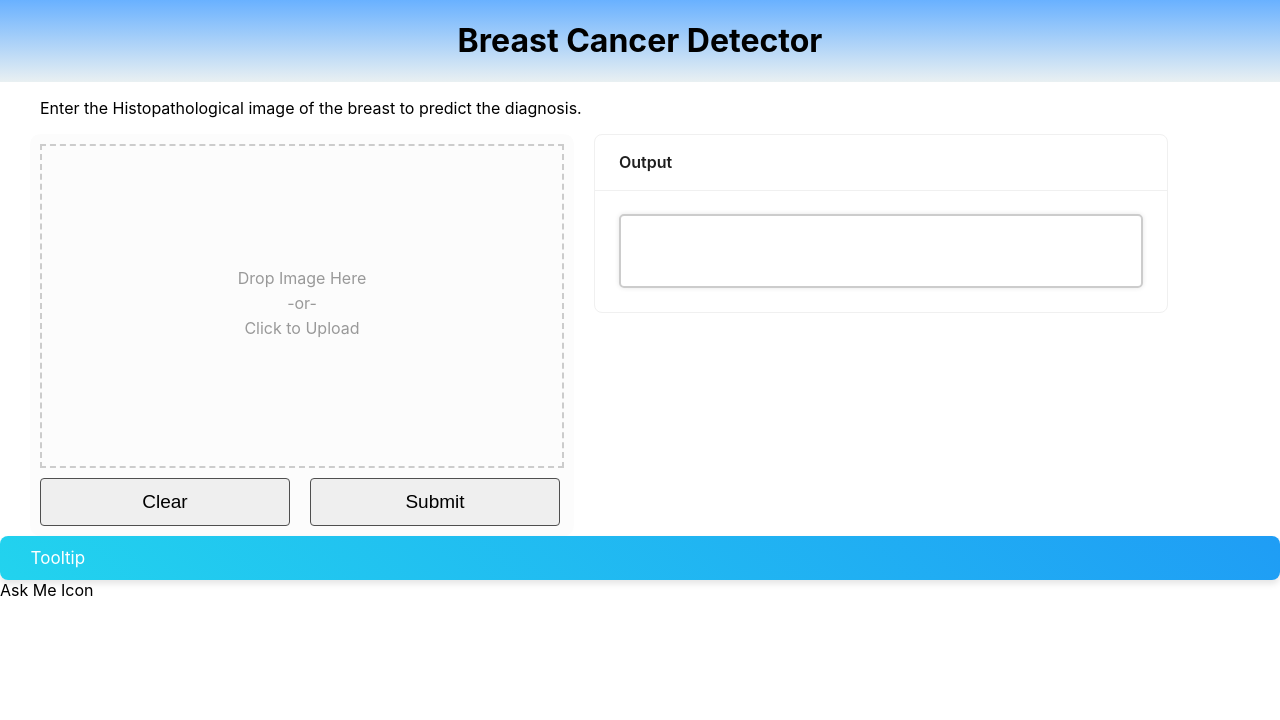
Repository: xshamrose/RAYi-AI
Page: /BreastCancerDetector-app (app in client/)
An editor plug-in stored every save of this project. The page is shown before and after the next save, followed by the edit.
The browser window is 1280 px wide. The pictures show the whole page.
The project was rebuilt for these pictures with package versions that can differ from the ones it lists, and the page was loaded fresh each time. Also part of the build but not shown: client/src/App.css, client/src/pages/Home.js, client/src/pages/home.css.

Above is the page before, as saved 2024-03-09 13:08:19.

### client/src/App.js
import "./App.css";
import React from "react";
import Candetect from "./pages/Candetect";
import Home from "./pages/Home";
import "./pages/home.css";
import { BrowserRouter as Router, Routes, Route } from "react-router-dom";

function App() {
  return (
    <div className="App">
      <Router>
        <Routes>
          <Route exact path="/" element={<Home />} />
          <Route path="/BreastCancerDetector-app" element={<Candetect />} />

          {/*  Future Use for Pipe Counting Detection
          <Route
            path="/Pipe"
            element={<Candetect title={headerTitle} content={content} />}
          /> */}
        </Routes>
      </Router>
    </div>
  );
}

export default App;

### client/src/pages/Candetect.js
import React, { useState } from "react";
import "../pages/Candetect.css";
import { Card } from "antd";
import deleteicon from "../assets/delete-.svg";
import axios from "axios";

function Candetect() {
  const [imageFile, setImageFile] = useState(null);
  const [errorMessage, setErrorMessage] = useState("");
  const [loading, setLoading] = useState(false);
  const [responseData, setResponseData] = useState("");

  const handleFileInputChange = (event) => {
    const file = event.target.files[0];
    if (file) {
      setImageFile(file);
    }
  };

  const handleClearImage = () => {
    setImageFile(null);
    //reset the file input
    const fileInput = document.getElementById("file-input");
    if (fileInput) {
      fileInput.value = "";
    }
    setErrorMessage("");
  };

  const handleDeleteImage = () => {
    setImageFile(null);
    //reset the file input
    const fileInput = document.getElementById("file-input");
    if (fileInput) {
      fileInput.value = "";
    }
  };

  const handleSubmit = () => {
    if (!imageFile) {
      setErrorMessage("Please upload an Image");
      console.log("Please upload an Image");
    } else {
      const formData = new FormData();
      formData.append("image", imageFile);
      setLoading(true);
      axios
        .post("http://ct.rayi.in:5002/predicttest", formData, {
          headers: {
            "Content-Type": "multipart/form-data",
          },
        })
        .then((response) => {
          setLoading(false);
          setResponseData(response.data);
          console.log(response.data);
        })
        .catch((error) => {
          if (error.response) {
            console.error("Error Response Data:", error.response.data);
            console.error("Error Response Status:", error.response.status);
          } else if (error.request) {
            console.error("No response received:", error.request);
          } else {
            console.error("Error:", error.message);
          }
          setErrorMessage("Failed to submit. Please try again.");
        });
    }
  };

  return (
    <div>
      <div
        style={{
          display: "flex",
          justifyContent: "center",
          alignContent: "center",
          flexWrap: "nowrap",
          alignItems: "center",
          backgroundImage: "linear-gradient(#69b1ff, #e9f0f2)",
          width: "100%",
        }}
      >
        <h1>Breast Cancer Detector</h1>
      </div>

      <p style={{ marginLeft: "40px" }}>
        Enter the Histopathological image of the breast to predict the
        diagnosis.
      </p>

      <div className="overallContainer">
        <div className="dragandbutton">
          <div className="image-upload-box">
            <input
              type="file"
              accept="image/*"
              id="file-input"
              className="file-input"
              onChange={handleFileInputChange}
            />
            {imageFile ? null : (
              <div>
                <label htmlFor="file-input" className="upload-label">
                  <span>Drop Image Here</span> <span>-or-</span>{" "}
                  <span>Click to Upload</span>{" "}
                </label>{" "}
                {errorMessage && (
                  <div className="error-message">{errorMessage}</div>
                )}{" "}
              </div>
            )}

            {imageFile && (
              <div className="image-preview">
                <img
                  src={URL.createObjectURL(imageFile)}
                  alt="Uploaded"
                  className="full-size-image"
                ></img>

                <div className="image-actions">
                  <img
                    src={deleteicon}
                    alt="Delete"
                    className="icon"
                    onClick={handleDeleteImage}
                  />
                </div>
              </div>
            )}
          </div>

          <div className="button-container">
            <button className="sbutton" onClick={handleClearImage}>
              Clear
            </button>
            <button className="sbutton" onClick={handleSubmit}>
              Submit
            </button>
          </div>
        </div>
        <div>
          <Card title="Output" hoverable>
            <div className="text-area">
              {loading ? (
                <div className="loader-all">
                  <div className="loader"></div>
                  <p>loading...</p>
                </div>
              ) : (
                responseData
              )}
            </div>
          </Card>
        </div>
      </div>
      <div className="ask-me-icon">
      <div class="tooltip-container">
  <span class="tooltip">Uiverse.io</span>
  <span class="text">Tooltip</span>
</div>
      <span>Ask Me Icon</span>
    </div>
    </div>
  );
}

export default Candetect;

### client/src/pages/Candetect.css
/* Candetect.css */

.image-upload-box {
    position: relative;
    display: flex;
    flex-direction: column;
    align-items: center;
    justify-content: center;
    border: 2px dashed #ccc;
    padding: 10px;
    cursor: pointer;
    width: 500px; /* Adjust the width of the box as needed */
    height: 300px; /* Adjust the height of the box as needed */
  }

  .file-input {
    display: none;
  }

  .upload-label {
    display: flex;
    flex-direction: column;
    justify-content: center;
    align-items: center;
    color: #999;
    cursor: pointer;
  }

  .upload-label span {
    margin-bottom: 5px;
  }

  .image-preview {
    position: relative;
    width: 100%;
    height: 100%;
    overflow: hidden;
    object-fit: cover;
    display: flex;
    flex-direction: row;
    flex-wrap: nowrap;
    align-content: center;
    justify-content: center;
  }

.full-size-image{
  height: auto;
  width: 450px;
}

  .image-actions {
    padding: 5px;
  }


  .sbutton {
    display: inline-block;
    padding: 12px 24px;
    border: 1px solid #4f4f4f;
    border-radius: 4px;
    transition: all 0.2s ease-in;
    position: relative;
    overflow: hidden;
    font-size: 19px;
    cursor: pointer;
    color: black;
    z-index: 1;
    width: 250px;
  }

  .sbutton:before {
    content: "";
    position: absolute;
    left: 50%;
    transform: translateX(-50%) scaleY(1) scaleX(1.25);
    top: 100%;
    width: 140%;
    height: 180%;
    background-color: rgba(0, 0, 0, 0.05);
    border-radius: 50%;
    display: block;
    transition: all 0.5s 0.1s cubic-bezier(0.55, 0, 0.1, 1);
    z-index: -1;
  }

  .sbutton:after {
    content: "";
    position: absolute;
    left: 55%;
    transform: translateX(-50%) scaleY(1) scaleX(1.45);
    top: 180%;
    width: 160%;
    height: 190%;
    background-color: #000000;
    border-radius: 50%;
    display: block;
    transition: all 0.5s 0.1s cubic-bezier(0.55, 0, 0.1, 1);
    z-index: -1;
  }

  .sbutton:hover {
    color: #ffffff;
    border: 1px solid #101111;
  }

  .sbutton:hover:before {
    top: -35%;
    background-color: #101111;
    transform: translateX(-50%) scaleY(1.3) scaleX(0.8);
  }

  .sbutton:hover:after {
    top: -45%;
    background-color: #151616;
    transform: translateX(-50%) scaleY(1.3) scaleX(0.8);
  }
  .button-container{
    gap: 20px;
    display: flex;
    align-items: center;
  }

  .dragandbutton{
    display: flex;
    flex-direction: column;
    gap: 10px;
    background-color: #c1b9b90d;
    border-radius: 10px;
    padding: 10px;
  }

  .text-area {
    display: flex;
    width: 500px;
    height: 50px;
    padding: 10px;
    border: 2px solid #ccc;
    border-radius: 5px;
    font-size: 16px;
    outline: none;
    box-shadow: 0 0 5px rgba(0, 0, 0, 0.1);
  }

  .text-area:focus {
    border-color: #007bff;
  }
  .overallContainer{
    display: flex;
    flex-direction: row;
    gap: 20px;
    flex-wrap: wrap;
    margin-left: 30px;
  }
  .error-message{
    color: red;
    font-size: medium;
  }
  .icon {
    width: 25px;
    height: 25px;
    margin-left: 8px;
    border-radius: 50%;

  }
  .icon:hover{
    transform: scale(1.1);
    color: #000000;
  }

  .compass{
    height: 30px;
    width: 30px;
  }
  .loader {
    border: 4px solid rgba(0, 0, 0, 0.776);
    border-left-color: transparent;
    border-radius: 50%;
  }

  .loader {
    border: 4px solid rgba(0, 0, 0, 0.655);
    border-left-color: transparent;
    width: 25px;
    height: 25px;
  }

  .loader {
    border: 4px solid rgba(0, 0, 0, 0.705);
    border-left-color: transparent;
    width: 25px;
    height: 25px;
    animation: spin89345 1s linear infinite;
  }

  @keyframes spin89345 {
    0% {
      transform: rotate(0deg);
    }

    100% {
      transform: rotate(360deg);
    }
  }
  .loader-all{
    display: flex;
    flex-direction: row;
    gap: 10px;
    justify-content: flex-start;
    align-items: center;
  }
  /* .ask-me-icon {
    position: fixed;
    bottom: 20px;
    right: 20px;
    cursor: pointer;
     } */
    .tooltip-container {
      --background: linear-gradient(45deg, #22d3ee, #1f9df5);
      position: relative;
      background: var(--background);
      cursor: pointer;
      transition: all 0.2s;
      font-size: 17px;
      padding: 0.7em 1.8em;
      border-radius: 8px;
      box-shadow: 0 4px 6px rgba(0, 0, 0, 0.1);
      color: #fff;
    }

    .tooltip {
      position: absolute;
      top: 100%;
      left: 50%;
      transform: translateX(-50%) scale(0.8);
      transform-origin: bottom;
      padding: 0.3em 0.6em;
      opacity: 0;
      pointer-events: none;
      transition: all 0.3s;
      background: var(--background);
      border-radius: 4px;
      box-shadow: 0 2px 4px rgba(0, 0, 0, 0.1);
    }

    .tooltip::before {
      position: absolute;
      content: "";
      height: 0.6em;
      width: 0.6em;
      bottom: -0.2em;
      left: 50%;
      transform: translate(-50%) rotate(45deg);
      background: var(--background);
    }

    .tooltip-container:hover .tooltip {
      top: -45px;
      opacity: 1;
      visibility: visible;
      pointer-events: auto;
      transform: translateX(-50%) scale(1);
    }
    .tooltip-container:hover {
      transform: scale(0.9);
    }

Loaded but not shown: client/public/index.html (common file); client/src/index.js (common file); client/src/index.css (common file); client/src/reportWebVitals.js (common file)

After the next save:
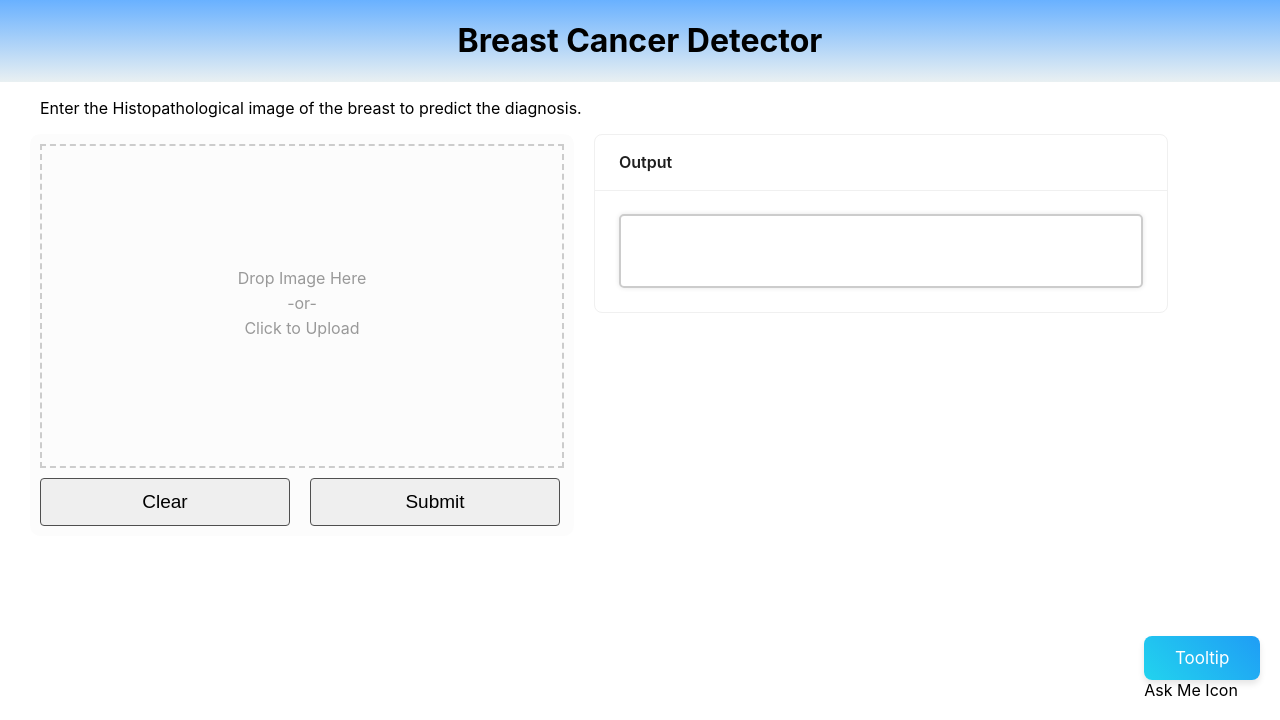
Saved 5 s later.
--- a/client/src/pages/Candetect.css
+++ b/client/src/pages/Candetect.css
@@ -208,12 +208,12 @@
     justify-content: flex-start;
     align-items: center;
   }
-  /* .ask-me-icon {
+  .ask-me-icon {
     position: fixed;
     bottom: 20px;
     right: 20px;
     cursor: pointer;
-     } */
+     }
     .tooltip-container {
       --background: linear-gradient(45deg, #22d3ee, #1f9df5);
       position: relative;
